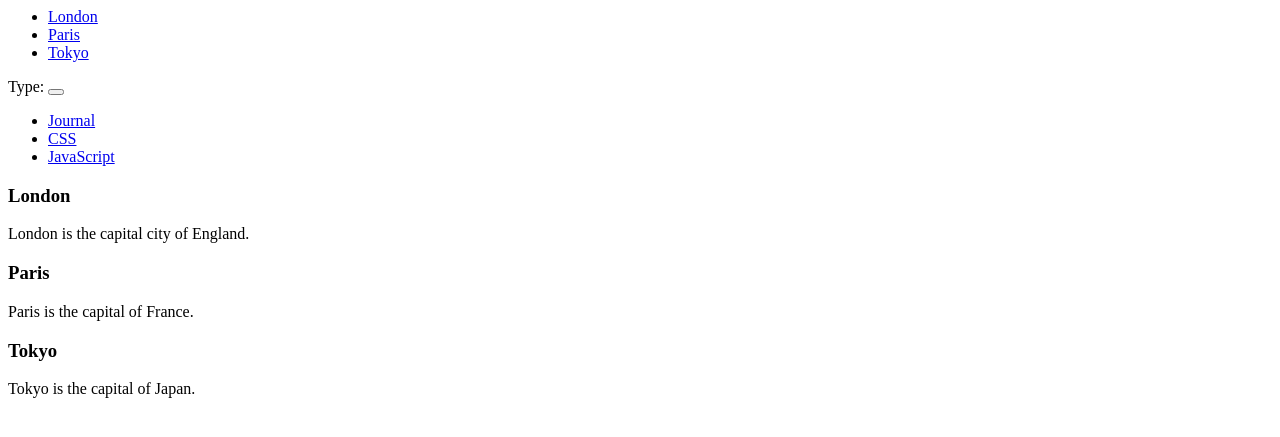
Repository: iancwwong/DigitalBibliographicalLibrary
Page: http://localhost/DigitalBibliographicLibrary/include/advancedsearch.jsp
The author's editor kept a copy of each file at every save. The page is drawn from the files as they stood at one save, then again after the next save.
The browser window is 1280 px wide. The pictures show the whole page.
The page is served by Tomcat 9.

Above is the page before, as saved 2016-08-30 00:02:38.

After the next save:
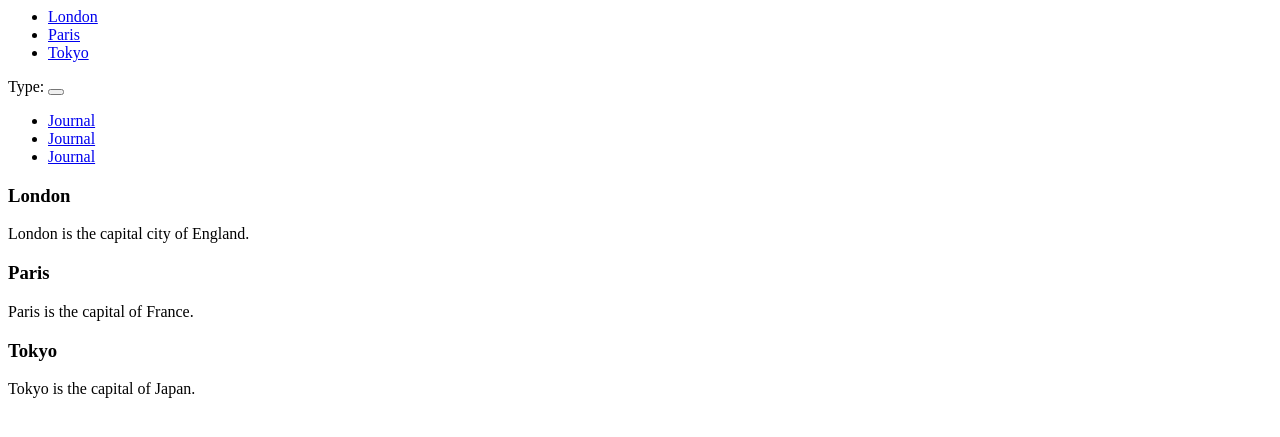
Saved 32 s later.
--- a/DigitalBibliographicLibrary/WebContent/include/advancedsearch.jsp
+++ b/DigitalBibliographicLibrary/WebContent/include/advancedsearch.jsp
@@ -13,9 +13,9 @@
 			<span class="caret"></span>
 		</button>
 		<ul class="dropdown-menu">
-			<li><a href="#" onclick="openCity(event, 'journal')">Journal</a></li>
-			<li><a href="#">CSS</a></li>
-			<li><a href="#">JavaScript</a></li>
+			<li><a href="#" onclick="openSearchOptions('journal')">Journal</a></li>
+			<li><a href="#" onclick="openSearchOptions(event, 'journal')">Journal</a></li>
+			<li><a href="#" onclick="openSearchOptions(event, 'journal')">Journal</a></li>
 		</ul>
 	</div>
 
